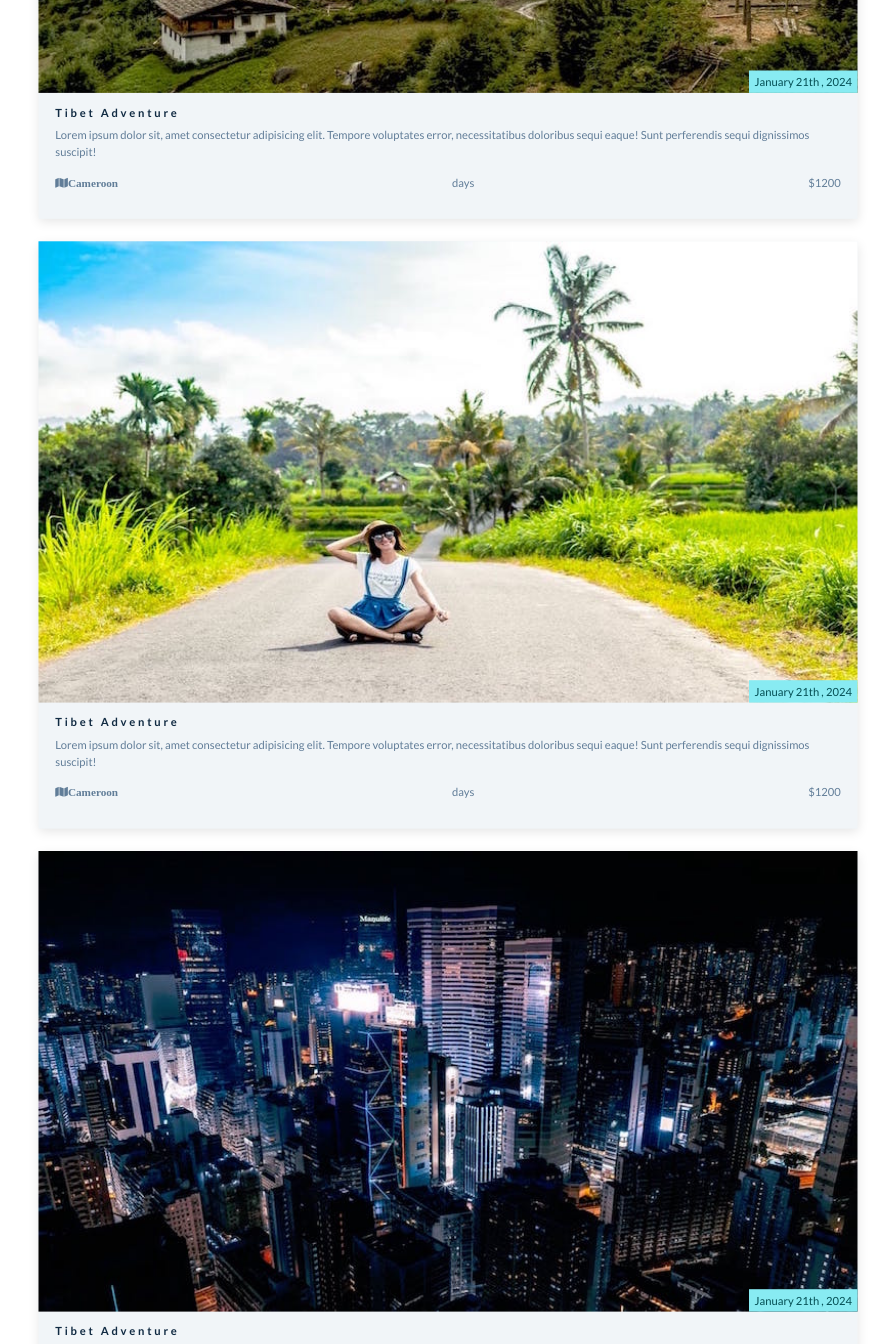
Repository: Ndifoinhilary/flexbox-project
Page: index.html
The author's editor kept a copy of each file at every save. The page is drawn from the files as they stood at one save, then again after the next save.
The browser window is 1280 px wide. The pictures show the part of the page from y = 2504 to 4424 px (the page is 5540 px tall before and 5428 px after), at 70% of full size.

Above is the page before, as saved 2024-01-21 19:56:07.

### index.html
<!DOCTYPE html>
<html lang="en">
  <head>
    <meta charset="UTF-8" />
    <meta name="viewport" content="width=device-width, initial-scale=1.0" />
    <meta http-equiv="X-UA-Compatible" content="ie=edge" />
    <title>Backroads || Tour Company</title>
    <!-- favicon -->
    <link rel="shortcut icon" href="./images/favicon.ico" type="image/x-icon" />
    <!-- font-awesome -->
    <link rel="stylesheet" href="fontawesome-free-5.9.0-web/css/all.min.css" />
    <!-- styles css -->
    <link rel="stylesheet" href="./css/main.css" />
  </head>
  <body>
    <header id="home">
      <!-- nav bar -->
      <!-- end of nav bar -->
  <!-- hero section  -->
  <div class="hero">
    <div class="hero-banner">
      <h1>continue exploring</h1>
      <p>Lorem ipsum dolor sit, amet consectetur adipisicing elit. Officiis, quam!</p>
      <a href="#featured" class="btn hero-btn scroll-link ">explore tours</a>
    </div>
  </div>
   <!-- end of hero section  -->
    </header>
    <!-- end of header -->
   <!-- section -->
    <section class="section" id="about">
      <!-- section title -->
      <div class="section-title">
        <h2>about <span>us</span></h2>
      </div>
            <!-- section title -->
        <div class="section-center about-center">
          <!-- about image wrapper -->
          <article class="about-img">
            <img src="./images/about.jpeg"  class="about-photo" alt="awesome">
          </article>
          <!-- about infor -->
          <artilce class="about-info">
            <h3>explore the difference</h3>
            <p>Lorem ipsum, dolor sit amet consectetur adipisicing elit. Et cum minima eaque illo consequuntur laudantium facere incidunt alias expedita accusamus!</p>
            <a href="#" class="btn">read more</a>
          </artilce>
        </div>
    </section>
    <!-- end of about  section -->


    <!-- service section start -->

    <section class="section services" id="servics">
      <div class="section-title">
        <h2>our <span>services</span></h2>
      </div>
      <div class="section-center services-center">
        <!-- single service -->
        <article class="service">
          <span class="service-icon">
            <i class="fas fa-wallet fa-fw"></i>
          </span>
          <div class="service-info">
            <h4 class="service-title" >saving money</h4>
            <p class="service-text"> Lorem ipsum dolor sit
              amet, consectetur adipisicing elit. Quisquam, id?
               Omnis rerum perferendis numquam repellat.</p>
          </div>
        </article>
        <article class="service">
          <span class="service-icon">
            <i class="fas fa-tree fa-fw"></i>
          </span>
          <div class="service-info">
            <h4 class="service-title" >tree money</h4>
            <p class="service-text"> Lorem ipsum dolor sit
              amet, consectetur adipisicing elit. Quisquam, id?
               Omnis rerum perferendis numquam repellat.</p>
          </div>
        </article>
         <article class="service">
          <span class="service-icon">
            <i class="fas fa-socks fa-fw"></i>
          </span>
          <div class="service-info">
            <h4 class="service-title" >only  money</h4>
            <p class="service-text"> Lorem ipsum dolor sit
              amet, consectetur adipisicing elit. Quisquam, id?
               Omnis rerum perferendis numquam repellat.</p>
          </div>
        </article>
      </div>
      </section>

<!-- feartueres tours -->

<section class="section" id="featured">
  <div class="section-title">
    <h2>feature <span>tours</span></h2>
  </div>
  <!-- featured center -->
 <div class="section-center featured-center">
  <article class="tour-card">
    <div class="tour-img-container">
      <img src="./images/tour-1.jpeg"    alt="tour around" class="tour-mg">
      <p class="tour-date">january 21th , 2024</p>
    </div>
    <div class="tour-info">
      <h4>tibet adventure</h4>
      <p>Lorem ipsum dolor sit, amet consectetur adipisicing elit. Tempore voluptates error, necessitatibus doloribus sequi eaque! Sunt
        perferendis sequi dignissimos suscipit!</p>

        <div class="tour-footer">
          <p><span><i class="fas fa-map" >Cameroon</i></span></p>
          <p>days</p>
          <p>$1200</p>
        </div>
    </div>
  </article>
  <article class="tour-card">
    <div class="tour-img-container">
      <img src="./images/tour-2.jpeg"    alt="tour around" class="tour-mg">
      <p class="tour-date">january 21th , 2024</p>
    </div>
    <div class="tour-info">
      <h4>tibet adventure</h4>
      <p>Lorem ipsum dolor sit, amet consectetur adipisicing elit. Tempore voluptates error, necessitatibus doloribus sequi eaque! Sunt
        perferendis sequi dignissimos suscipit!</p>

        <div class="tour-footer">
          <p><span><i class="fas fa-map" >Cameroon</i></span></p>
          <p>days</p>
          <p>$1200</p>
        </div>
    </div>
  </article>
    <article class="tour-card">
    <div class="tour-img-container">
      <img src="./images/tour-3.jpeg"    alt="tour around" class="tour-mg">
      <p class="tour-date">january 21th , 2024</p>
    </div>
    <div class="tour-info">
      <h4>tibet adventure</h4>
      <p>Lorem ipsum dolor sit, amet consectetur adipisicing elit. Tempore voluptates error, necessitatibus doloribus sequi eaque! Sunt
        perferendis sequi dignissimos suscipit!</p>

        <div class="tour-footer">
          <p><span><i class="fas fa-map" >Cameroon</i></span></p>
          <p>12 days</p>
          <p>$1200</p>
        </div>
    </div>
  </article>
  <article class="tour-card">
    <div class="tour-img-container">
      <img src="./images/tour-4.jpeg"    alt="tour around" class="tour-mg">
      <p class="tour-date">january 21th , 2024</p>
    </div>
    <div class="tour-info">
      <h4>tibet adventure</h4>
      <p>Lorem ipsum dolor sit, amet consectetur adipisicing elit. Tempore voluptates error, necessitatibus doloribus sequi eaque! Sunt
        perferendis sequi dignissimos suscipit!</p>

        <div class="tour-footer">
          <p><span><i class="fas fa-map" >Cameroon</i></span></p>
          <p>12 days</p>
          <p>$1200</p>
        </div>
    </div>
  </article>
 </div>
</section>

<!-- end   feartueres tours -->



    <!-- end of service section start -->
  </body>
</html>

### css/main.css
/*
===============
Fonts
===============
*/
@import url("https://fonts.googleapis.com/css?family=Lato:400,700&display=swap");

/*
===============
Variables
===============
*/

:root {
  /* dark shades of primary color*/
  --clr-primary-1: hsl(184, 91%, 17%);
  --clr-primary-2: hsl(185, 84%, 25%);
  --clr-primary-3: hsl(185, 81%, 29%);
  --clr-primary-4: hsl(184, 77%, 34%);
  /* primary/main color */
  --clr-primary-5: hsl(185, 62%, 45%);
  /* lighter shades of primary color */
  --clr-primary-6: hsl(185, 57%, 50%);
  --clr-primary-7: hsl(184, 65%, 59%);
  --clr-primary-8: hsl(184, 80%, 74%);
  --clr-primary-9: hsl(185, 94%, 87%);
  --clr-primary-10: hsl(186, 100%, 94%);
  /* darkest grey - used for headings */
  --clr-grey-1: hsl(209, 61%, 16%);
  --clr-grey-2: hsl(211, 39%, 23%);
  --clr-grey-3: hsl(209, 34%, 30%);
  --clr-grey-4: hsl(209, 28%, 39%);
  /* grey used for paragraphs */
  --clr-grey-5: hsl(210, 22%, 49%);
  --clr-grey-6: hsl(209, 23%, 60%);
  --clr-grey-7: hsl(211, 27%, 70%);
  --clr-grey-8: hsl(210, 31%, 80%);
  --clr-grey-9: hsl(212, 33%, 89%);
  --clr-grey-10: hsl(210, 36%, 96%);
  --clr-white: #fff;
  --ff-primary: "Lato", sans-serif;
  --transition: all 0.3s linear;
  --spacing: 0.25rem;
  --radius: 0.5rem;
  --light-shadow: 0 5px 15px rgba(0, 0, 0, 0.1);
  --dark-shadow: 0 5px 15px rgba(0, 0, 0, 0.2);
}
/*
===============
Global Styles
===============
*/

* {
  margin: 0;
  padding: 0;
  box-sizing: border-box;
}
body {
  font-family: var(--ff-primary);
  background: var(--clr-white);
  color: var(--clr-grey-1);
  line-height: 1.5;
  font-size: 0.875rem;
}
a {
  text-decoration: none;
}
/* img:not(.nav-logo) {
  width: 100%;
  display: block;
} */
img {
  width: 100%;
  display: block;
}
h1,
h2,
h3,
h4 {
  letter-spacing: var(--spacing);
  text-transform: capitalize;
  line-height: 1.25;
  margin-bottom: 0.75rem;
}
h1 {
  font-size: 3rem;
}
h2 {
  font-size: 2rem;
}
h3 {
  font-size: 1.25rem;
}
h4 {
  font-size: 0.875rem;
}
p {
  margin-bottom: 1.25rem;
  color: var(--clr-grey-5);
}
@media screen and (min-width: 800px) {
  h1 {
    font-size: 4rem;
  }
  h2 {
    font-size: 2.5rem;
  }
  h3 {
    font-size: 1.75rem;
  }
  h4 {
    font-size: 1rem;
  }
  body {
    font-size: 1rem;
  }
  h1,
  h2,
  h3,
  h4 {
    line-height: 1;
  }
}
/*  global classes */

.btn {
  text-transform: uppercase;
  background: var(--clr-primary-5);
  color: var(--clr-white);
  padding: 0.375rem 0.75rem;
  letter-spacing: var(--spacing);
  display: inline-block;
  /* font-weight: 700; */
  transition: var(--transition);
  font-size: 0.875rem;
  border: 2px solid transparent;
  cursor: pointer;
  box-shadow: 0 1px 3px rgba(0, 0, 0, 0.2);
}
.btn:hover {
  color: var(--clr-primary-1);
  background: var(--clr-primary-8);
}
.section {
  padding: 5rem 0;
}
.section-title {
  text-align: center;
  margin-bottom: 4rem;
}
.section-title h2 {
  text-transform: uppercase;
}
.section-title span {
  color: var(--clr-primary-5);
}
.section-center {
  width: 90vw;
  margin: 0 auto;
  max-width: 1170px;
}
@media screen and (min-width: 992px) {
  .section-center {
    width: 95vw;
  }
}
/*
===============
Navbar
===============
*/

/*
===============
Hero
===============
*/
.hero {
  min-height: 100vh;
  background: var(--clr-primary-5);
  display: flex;
  justify-content: center;
  align-items: center;
}
.hero-banner {
  text-align: center;
  color: var(--clr-white);
  padding: 0 3rem;
}
.hero-banner h1 {
  text-transform: uppercase;
}
.hero-banner p {
  max-width: 35rem;
  margin-left: auto;
  margin-right: auto;
  color: var(--clr-white);
  letter-spacing: var(--spacing);
}
.hero-btn {
  padding: 0.9rem 1.6rem;
  font-size: 1.25rem;
  background: var(--clr-white);
  color: var(--clr-primary-5);
}
.hero-btn:hover {
  background: transparent;
  color: var(--clr-white);
  border-color: var(--clr-white);
}
@media screen and (min-width: 768px) {
  .hero {
    background: linear-gradient(rgb(44, 174, 186, 0.7), rgba(0, 0, 0, 0.7)),
      url("../images/main.jpeg") center/cover no-repeat;
  }
  .hero-banner {
    padding: 0;
  }
  .hero-banner p {
    max-width: 45rem;
  }
}
/*
===============
About
===============
*/
/* section add to globals */
/* title add to globals */
/* section center add to globals */
.about-img,
.about-info {
  margin-bottom: 2rem;
}
@media screen and (min-width: 992px) {
  .about-center {
    display: flex;
    justify-content: space-between;
    flex-wrap: wrap;
  }
  .about-img,
  .about-info {
    flex: 0 0 calc(50% - 2rem);
    margin-bottom: 0;
    align-self: center;
  }
}

@media screen and (min-width: 1170px) {
  .about-img::before{
    content: "";
    position: absolute;
    border: 0.5rem solid var(--clr-primary-5);
    box-sizing: border-box;
    height: 100%;
    width: 100%;
    top: -1.5rem;
    left: -1.5rem;

  }
  .about-img{
    position: relative;
  }
  .about-photo{
    position: relative ;
  }
}
/*
===============
Services
===============
*/
.services{
  background: var(--clr-grey-10);
}
.service{
  text-align: center;
  margin-bottom: 3rem;
}
.service-icon{
  background: var(--clr-primary-5);
  color: var(--clr-primary-1);
  padding: 0.5rem;
  display: inline-block;
  font-size: 2rem;
  margin-bottom: 1.5rem;
}

.service-text{
  max-width: 20rem;
  margin-left: auto;
  margin-right: auto;
}



@media screen  and (min-width:576px) {
  .section-center{
    display: flex;
    justify-content: space-between;
    flex-wrap: wrap;
  }
  .service{
    flex: 0 0 calc(50% - 1rem);
    margin-bottom: 1rem;
  }
}
@media screen  and (min-width:992px) {
.service{
    flex: 0 0 calc(33.333% - 1rem);
  }
}
@media screen  and (min-width:1170px) {
.service{
  display: flex;
  text-align: left;
  }
  .service-icon{
    align-self: start;
  }
  .service-info{
    padding-left: 1rem;
  }
  .service-title{
    margin-bottom: 0.5rem;
  }
}
/*
===============
Featured Tours
===============
*/


.tour-card{
  transition: var(--transition);
  background: var(--clr-grey-10);
  box-shadow: var(--light-shadow);
  margin-bottom: 2rem;
}

.tour-card:hover{
  box-shadow: var(--dark-shadow);
  transform: scale(1.02);
}
.tour-img-container{
  position: relative;
}
.tour-img{
  height: 15rem;
  object-fit: cover;
}
.tour-date{
  position: absolute;
  right: 0;
  bottom: 0;
  background: var(--clr-primary-8);
  margin-bottom: 0;
  color: var(--clr-primary-1);
  text-transform: capitalize;
  padding: 0.25rem 0.5rem;
}
.tour-info{
  padding: 1.25rem 1.5rem;
}
.tour-footer{
  display: flex;
  justify-content: space-between;
  flex-wrap: wrap;
  align-items: center;
}
/*
===============
Deals
===============
*/
/*
===============
Gallery
===============
*/

/*
===============
Footer
===============
*/

Loaded but not shown: fontawesome-free-5.9.0-web/css/all.min.css (library)

After the next save:
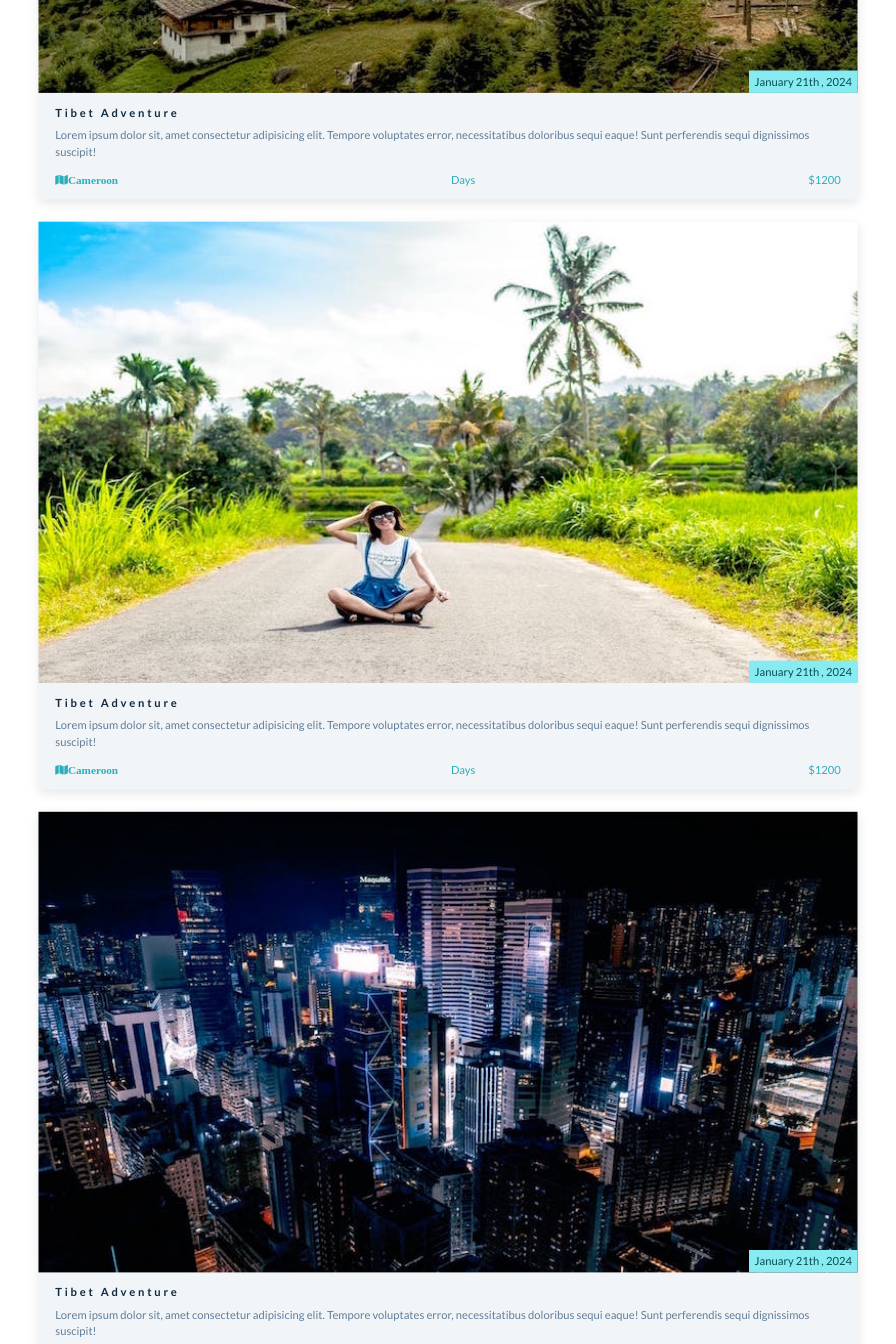
Saved 64 s later.
--- a/css/main.css
+++ b/css/main.css
@@ -370,6 +370,12 @@ Featured Tours
   flex-wrap: wrap;
   align-items: center;
 }
+.tour-footer p {
+  line-height: 0;
+  margin-bottom: 0;
+  text-transform: capitalize;
+  color: var(--clr-primary-5);
+}
 /*
 ===============
 Deals
